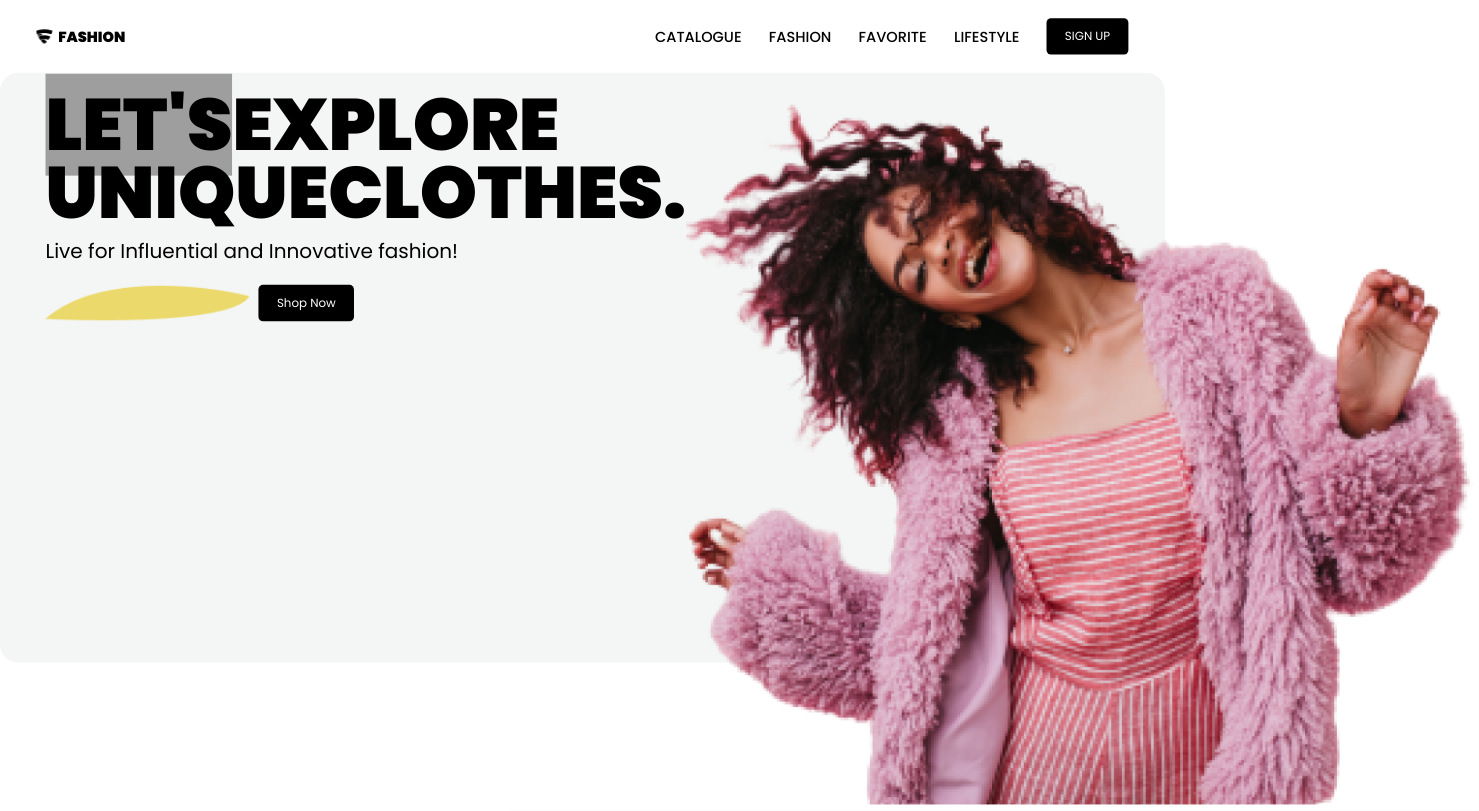
Repository: isaacCodes1/FashionSite
Page: index.html
An editor plug-in stored every save of this project. The page is shown before and after a run of saves, followed by the edit.
The browser window is 1280 px wide. The page is 1625 px wide, so the pictures cover 1625 px, including what lies to the right of the window. The pictures show the whole page, at 91% of full size.
Pictures or frames that could not be fetched are drawn as grey boxes.

Above is the page before, as saved 2024-03-11 16:37:58.

### index.html
<!DOCTYPE html>
<html lang="en">
  <head>
    <meta charset="UTF-8" />
    <meta name="viewport" content="width=device-width, initial-scale=1.0" />
    <title>Shopping Site Assignment</title>
    <link rel="stylesheet" href="style.css">
  </head>
  <body>
    <header>
      <nav>
        <div class="image">
          <a href="#"><img src="/Assets/Vector.png" />FASHION</a>
        </div>
        <div class="navItems">
          <ul>
            <li><a href="#">CATALOGUE</a></li>
            <li><a href="#">FASHION</a></li>
            <li><a href="#">FAVORITE</a></li>
            <li><a href="#">LIFESTYLE</a></li>
          </ul>
          <button>SIGN UP</button>
        </div>
      </nav>
    </header>
    <main>
      <section class="firstPageCont">
        <div class="FirstPage">
          <div class="txtCont">
            <h1>
              <span class="spn1">LET'S</span>EXPLORE
              <span class="spn2">UNIQUE</span>CLOTHES.
            </h1>
            <p>Live for Influential and Innovative fashion!</p>
            <div class="txtBtn">
              <img src="/Assets/Vector 9.png" alt="" />
              <button class="btns">Shop Now</button>
            </div>
          </div>
          <div class="imgCont">
            <img src="/Assets/girl.png" alt="" />
          </div>
        </div>
      </section>
    </main>
  </body>
</html>

### style.css
@import url("https://fonts.googleapis.com/css2?family=Poppins:ital,wght@0,100;0,200;0,300;0,400;0,500;0,600;0,700;0,800;0,900;1,100;1,200;1,300;1,400;1,500;1,600;1,700;1,800;1,900&display=swap");
* {
  margin: 0;
  padding: 0;
  box-sizing: border-box;
  font-family: "Poppins", sans-serif;
}
nav {
  display: flex;
  align-items: center;
  justify-content: space-between;
  width: 100%;
  padding: 20px 40px;
}
.image a {
  display: flex;
  align-items: center;
  gap: 6px;
  text-decoration: none;
  color: #000;
  font-size: 16px;
  font-weight: 900;
}
.image a img{
    width: 16%;
}
.navItems{
    display: flex;
    gap: 30px;
    align-items: center;
}
.navItems ul{
    display: flex;
    gap: 30px;
    list-style: none;
}
.navItems ul li a{
    text-decoration: none;
    color: #000;
    font-size: 16px;
    font-weight: 500;
}
.navItems li:hover{
    transform: scale(1.05);
    transition: 1s ease-in-out;
}
.navItems button{
    border: 0;
    background: #000;
    padding: 10px 20px;
    color: #fff;
    border-radius: 5px;
    font-size: 13px;
}
.navItems button:hover{
    transform: scale(1.05);
    transition: 1s ease-in-out;
    color: #000;
    background: rgb(137, 136, 136);
}
/* firstPageCtn */
.FirstPage {
    display: flex;
    flex: 1;
    width: 100%;
    height: 90vh;
    padding: 20px 10px 0px 10px;
    border-radius: 20px;
    background: #f4f6f5;
}
.txtCont {
    display: flex;
    flex: 0.5;
    flex-direction: column;
    gap: 10px;
    padding-left: 40px;
}
.txtCont h1{
    font-size: 80px;
    font-weight: 900;
    width: 50%;
    line-height: 75px;
}
.txtCont p{
    font-size: 22px;
}
.txtBtn{
    display: flex;
    align-items: center;
    width: 80%;
    margin-top: 10px;
    gap: 10px;
}
.btns{
    border: 0;
    background: #000;
    padding: 10px 20px;
    color: #fff;
    border-radius: 5px;
    font-size: 13px;
}
.btns:hover{
    transform: scale(1.05);
    transition: 1s ease-in-out;
    color: #000;
    background: rgb(137, 136, 136);
}
.txtBtn img{
    flex: 0.5;
    display: flex;
}
.spn1{
    background-image: url(/Assets/Rectangle\ 3.png);
    background-size: cover;
}

After the next 7 saves:
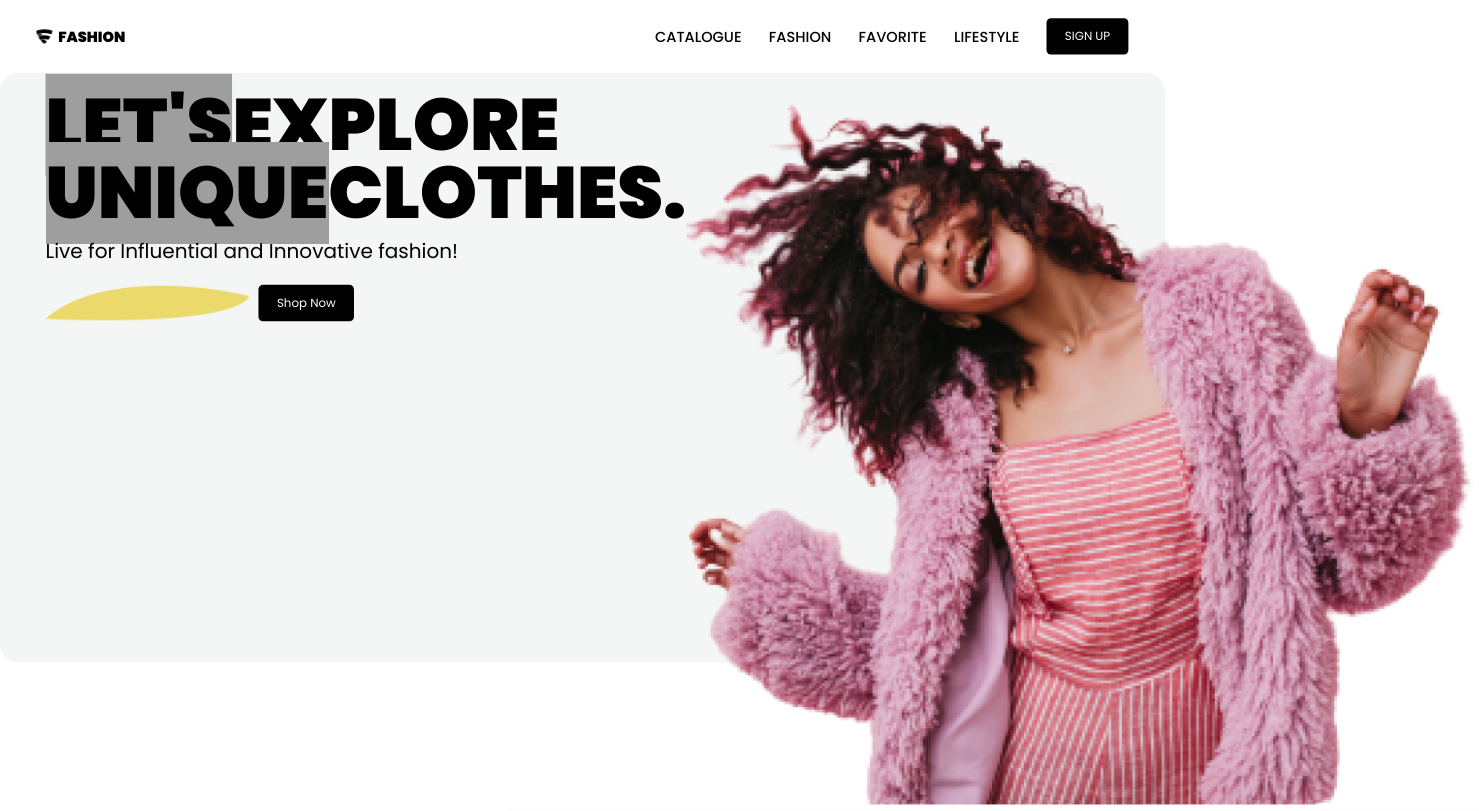
The 7 saves are shown as one change because they came seconds apart.
The last was saved 22 s later.
--- a/style.css
+++ b/style.css
@@ -113,3 +113,6 @@
     background-image: url(/Assets/Rectangle\ 3.png);
     background-size: cover;
 }
+.spn2{
+    background-image: url(/Assets/Rectangle\ 6.png);
+}
